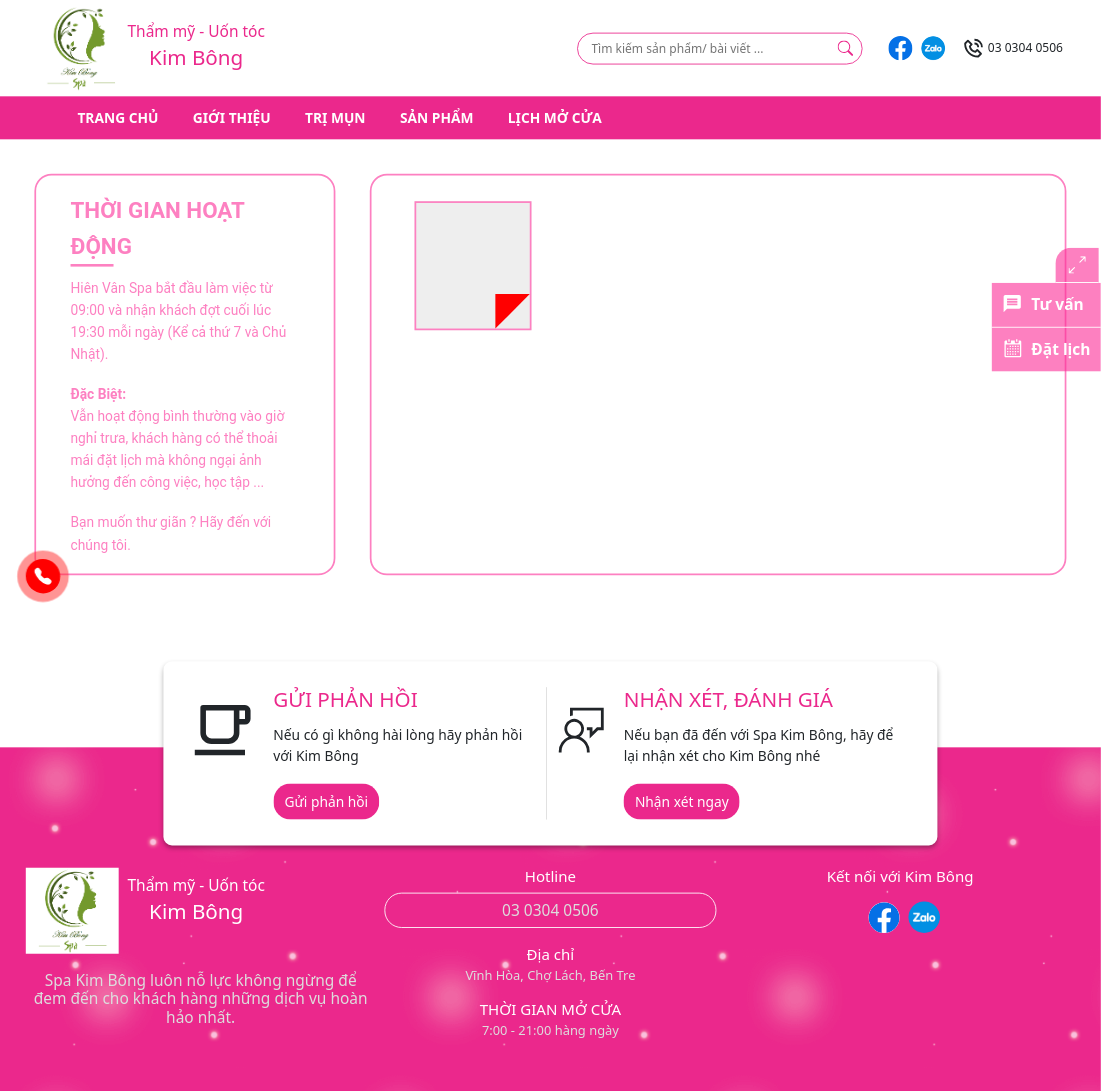
Repository: tranduykhuong/SpaKimBong
Page: /calendar
These files come from the project's save history. The page is drawn as it stood at one moment and after the next save; the edit follows.
The browser window is 1280 px wide. The pictures show the whole page, at 86% of full size.
The project was rebuilt for these pictures with package versions that can differ from the ones it lists, and the page was loaded fresh each time. Also part of the build but not shown: src/components/Banner/banner.scss, src/components/Banner/Banner.js, src/pages/Home/home.scss, src/pages/Home/ListImage/listImage.scss, src/pages/Home/ListImage/ListImage.js, src/pages/Home/BookOnline/bookOnl.scss, src/pages/Home/BookOnline/Modal/ModalBook/modalbook.scss, src/pages/Home/BookOnline/Modal/ModalBook/modalbook.js and 24 more.

Above is the page before, as saved 2022-06-07 10:27:54.

After the next save:
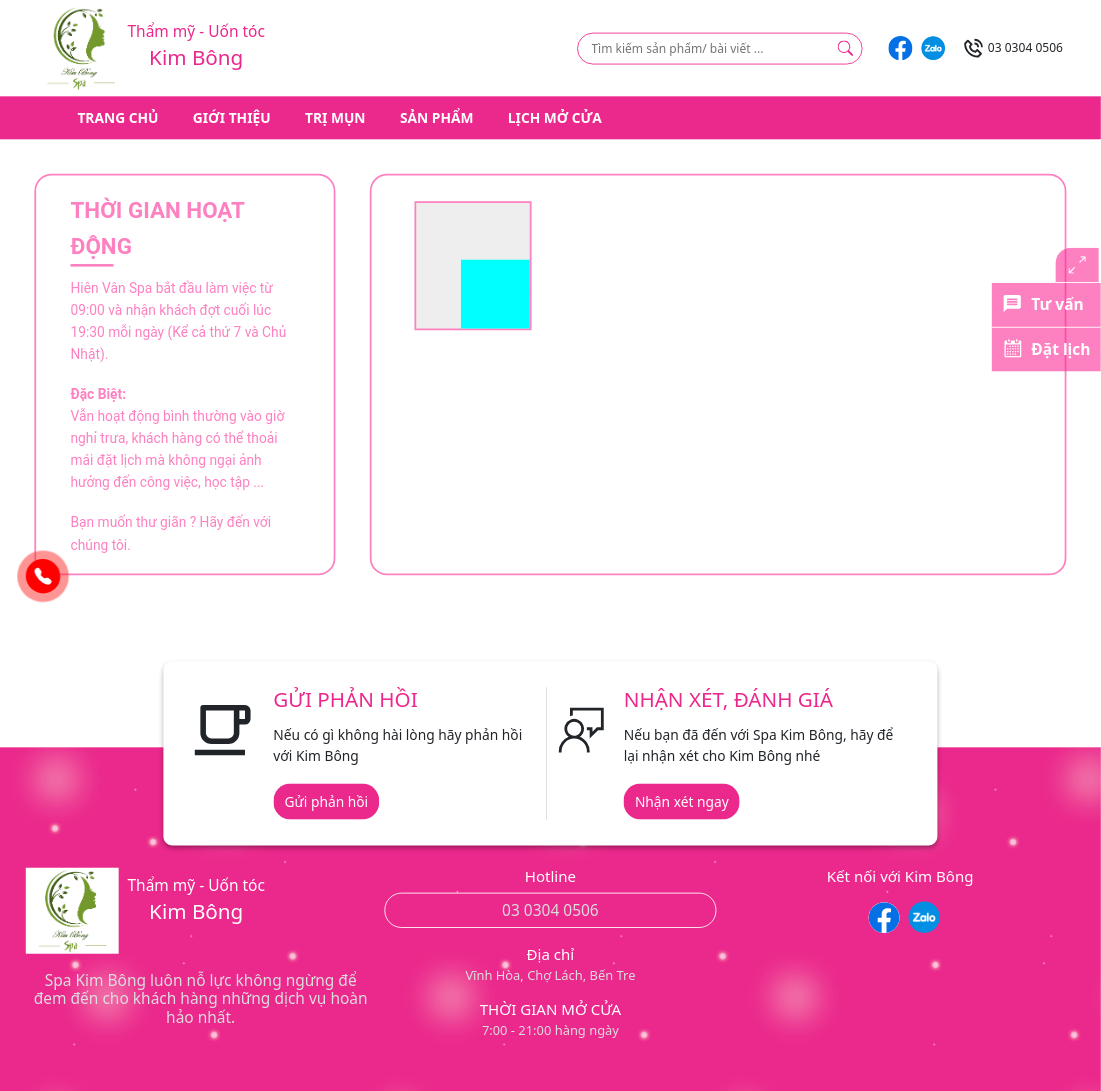
Saved 18 s later.
--- a/src/pages/Calendar/calendar.scss
+++ b/src/pages/Calendar/calendar.scss
@@ -91,7 +91,7 @@
             position: absolute;
             bottom: 0;
             right: 0;
-            background-color: aqua;
+            border: 4rem solid aqua;
           }
         }
       }
